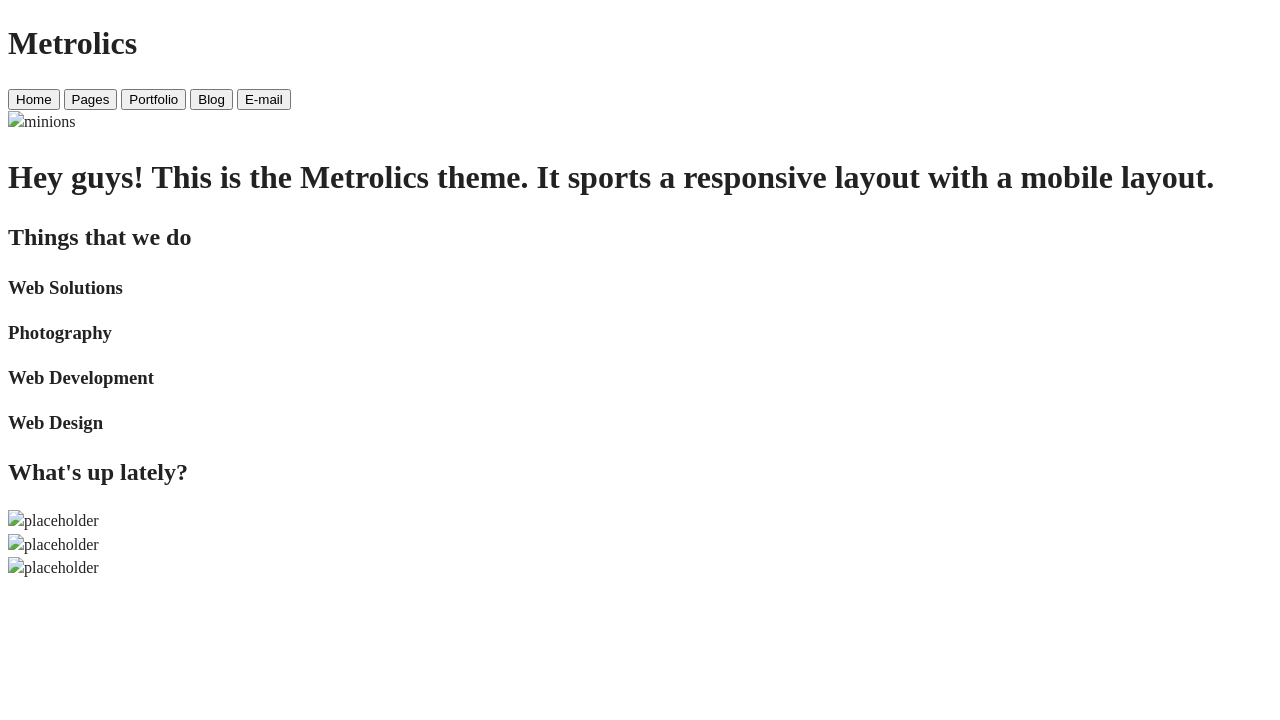
Repository: alemunden/HTML-Structure-and-Git
Page: index.html
The author's editor kept a copy of each file at every save. The page is drawn from the files as they stood at one save, then again after the next save.
The browser window is 1280 px wide. The pictures show the whole page.

Above is the page before, as saved 2024-01-24 19:40:55.

### index.html
<!doctype html>
<html class="no-js" lang="">

<head>
  <meta charset="utf-8">
  <meta name="viewport" content="width=device-width, initial-scale=1">
  <title></title>
  <link rel="stylesheet" href="css/style.css">
  <meta name="description" content="">

  <meta property="og:title" content="">
  <meta property="og:type" content="">
  <meta property="og:url" content="">
  <meta property="og:image" content="">

  <link rel="icon" href="/favicon.ico" sizes="any">
  <link rel="icon" href="/icon.svg" type="image/svg+xml">
  <link rel="apple-touch-icon" href="icon.png">

  <link rel="manifest" href="site.webmanifest">
  <meta name="theme-color" content="#fafafa">
</head>

<body>
  <header class="page-header page-header-home">
    <div class="inner-container">
      <div class="content-container">
        <h1>Metrolics</h1>
      </div>
      <div class="content-container">
        <button class="navigation-button">Home</button>
        <button class="navigation-button">Pages</button>
        <button class="navigation-button">Portfolio</button>
        <button class="navigation-button">Blog</button>
        <button class="navigation-button">E-mail</button>
      </div>
    </div>
  </header>

  <div class="section section-image">
    <div class="inner-container">
      <div class="content-container">
        <img alt="minions">
      </div>
    </div>
  </div>

  <div class="section section-title">
    <div class="inner-container">
      <div class="content-container">
        <h1>Hey guys! This is the Metrolics theme. It sports a responsive layout with a mobile layout.</h1>
      </div>
    </div>
  </div>

  <div class="section section-ourthings">
    <div class="inner-container">
      <div class="content-container">
        <h2>Things that we do</h2>
      </div>
      <div class="content-container">
        <h3>Web Solutions</h3>
      </div>
      <div class="content-container">
        <h3>Photography</h3>
      </div>
      <div class="content-container">
        <h3>Web Development</h3>
      </div>
      <div class="content-container">
        <h3>Web Design</h3>
      </div>
    </div>
  </div>

  <div>
    <div>
      <div class="content-container">
        <h2>What's up lately?</h2>
      </div>
      <div class="content-container">
        <img alt="placeholder">
      </div>
      <div class="content-container">
        <img alt="placeholder">
      </div>
      <div class="content-container">
        <img alt="placeholder">
      </div>
    </div>
  </div>

  <script src="js/app.js"></script>
</body>

</html>

### css/style.css
/*! HTML5 Boilerplate v9.0.0-RC1 | MIT License | https://html5boilerplate.com/ */

/* main.css 3.0.0 | MIT License | https://github.com/h5bp/main.css#readme */
/*
 * What follows is the result of much research on cross-browser styling.
 * Credit left inline and big thanks to Nicolas Gallagher, Jonathan Neal,
 * Kroc Camen, and the H5BP dev community and team.
 */

/* ==========================================================================
   Base styles: opinionated defaults
   ========================================================================== */

html {
  color: #222;
  font-size: 1em;
  line-height: 1.4;
}

/*
 * Remove text-shadow in selection highlight:
 * https://twitter.com/miketaylr/status/12228805301
 *
 * Customize the background color to match your design.
 */

::-moz-selection {
  background: #b3d4fc;
  text-shadow: none;
}

::selection {
  background: #b3d4fc;
  text-shadow: none;
}

/*
 * A better looking default horizontal rule
 */

hr {
  display: block;
  height: 1px;
  border: 0;
  border-top: 1px solid #ccc;
  margin: 1em 0;
  padding: 0;
}

/*
 * Remove the gap between audio, canvas, iframes,
 * images, videos and the bottom of their containers:
 * https://github.com/h5bp/html5-boilerplate/issues/440
 */

audio,
canvas,
iframe,
img,
svg,
video {
  vertical-align: middle;
}

/*
 * Remove default fieldset styles.
 */

fieldset {
  border: 0;
  margin: 0;
  padding: 0;
}

/*
 * Allow only vertical resizing of textareas.
 */

textarea {
  resize: vertical;
}

/* ==========================================================================
   Author's custom styles
   ========================================================================== */

/* ==========================================================================
   Helper classes
   ========================================================================== */

/*
 * Hide visually and from screen readers
 */

.hidden,
[hidden] {
  display: none !important;
}

/*
 * Hide only visually, but have it available for screen readers:
 * https://snook.ca/archives/html_and_css/hiding-content-for-accessibility
 *
 * 1. For long content, line feeds are not interpreted as spaces and small width
 *    causes content to wrap 1 word per line:
 *    https://medium.com/@jessebeach/beware-smushed-off-screen-accessible-text-5952a4c2cbfe
 */

.visually-hidden {
  border: 0;
  clip: rect(0, 0, 0, 0);
  height: 1px;
  margin: -1px;
  overflow: hidden;
  padding: 0;
  position: absolute;
  white-space: nowrap;
  width: 1px;
  /* 1 */
}

/*
 * Extends the .visually-hidden class to allow the element
 * to be focusable when navigated to via the keyboard:
 * https://www.drupal.org/node/897638
 */

.visually-hidden.focusable:active,
.visually-hidden.focusable:focus {
  clip: auto;
  height: auto;
  margin: 0;
  overflow: visible;
  position: static;
  white-space: inherit;
  width: auto;
}

/*
 * Hide visually and from screen readers, but maintain layout
 */

.invisible {
  visibility: hidden;
}

/*
 * Clearfix: contain floats
 *
 * The use of `table` rather than `block` is only necessary if using
 * `::before` to contain the top-margins of child elements.
 */

.clearfix::before,
.clearfix::after {
  content: "";
  display: table;
}

.clearfix::after {
  clear: both;
}

/* ==========================================================================
   EXAMPLE Media Queries for Responsive Design.
   These examples override the primary ('mobile first') styles.
   Modify as content requires.
   ========================================================================== */

@media only screen and (min-width: 35em) {
  /* Style adjustments for viewports that meet the condition */
}

@media print,
  (-webkit-min-device-pixel-ratio: 1.25),
  (min-resolution: 1.25dppx),
  (min-resolution: 120dpi) {
  /* Style adjustments for high resolution devices */
}

/* ==========================================================================
   Print styles.
   Inlined to avoid the additional HTTP request:
   https://www.phpied.com/delay-loading-your-print-css/
   ========================================================================== */

@media print {
  *,
  *::before,
  *::after {
    background: #fff !important;
    color: #000 !important;
    /* Black prints faster */
    box-shadow: none !important;
    text-shadow: none !important;
  }

  a,
  a:visited {
    text-decoration: underline;
  }

  a[href]::after {
    content: " (" attr(href) ")";
  }

  abbr[title]::after {
    content: " (" attr(title) ")";
  }

  /*
   * Don't show links that are fragment identifiers,
   * or use the `javascript:` pseudo protocol
   */
  a[href^="#"]::after,
  a[href^="javascript:"]::after {
    content: "";
  }

  pre {
    white-space: pre-wrap !important;
  }

  pre,
  blockquote {
    border: 1px solid #999;
    page-break-inside: avoid;
  }

  tr,
  img {
    page-break-inside: avoid;
  }

  p,
  h2,
  h3 {
    orphans: 3;
    widows: 3;
  }

  h2,
  h3 {
    page-break-after: avoid;
  }
}

Loaded but not shown: js/app.js (no stored copy; drawn as an empty file)

After the next save:
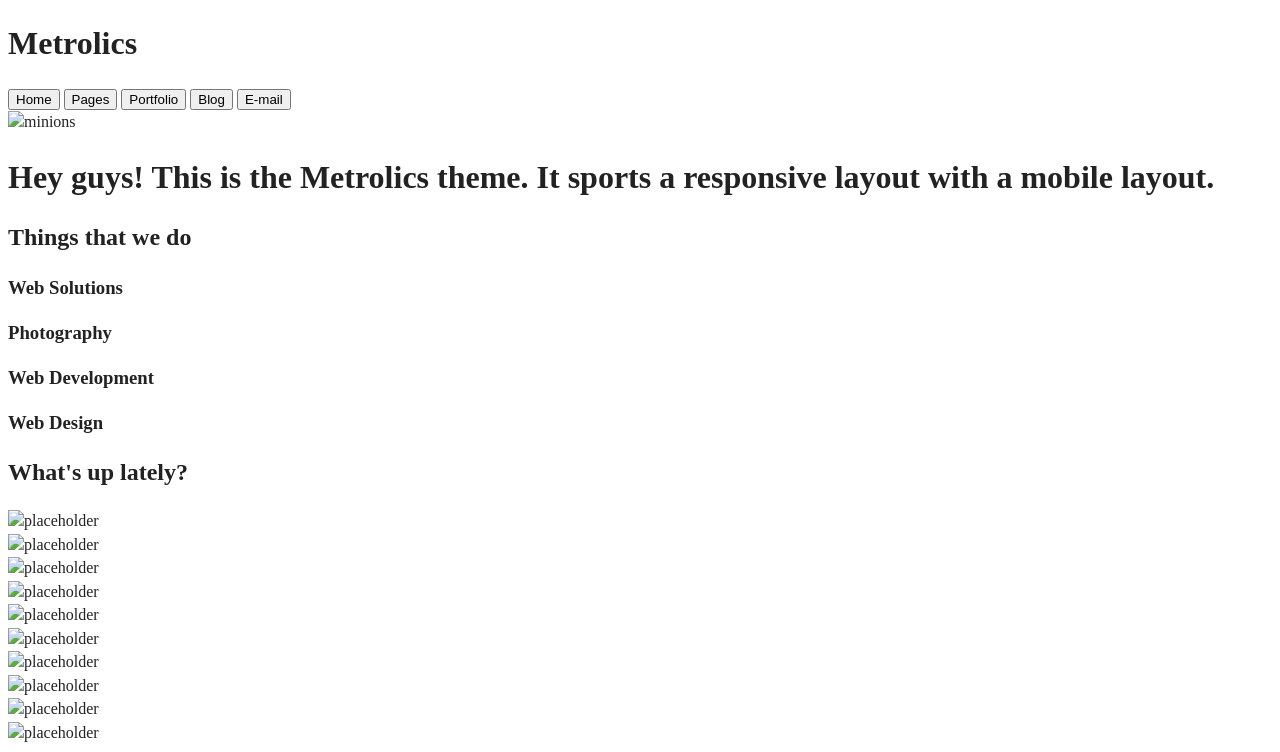
Saved 4 min 29 s later.
--- a/index.html
+++ b/index.html
@@ -73,10 +73,36 @@
     </div>
   </div>
 
-  <div>
+  <div class="section section-news">
     <div>
       <div class="content-container">
         <h2>What's up lately?</h2>
+      </div>
+      <div class="content-container">
+        <img alt="placeholder">
+      </div>
+      <div class="content-container">
+        <img alt="placeholder">
+      </div>
+      <div class="content-container">
+        <img alt="placeholder">
+      </div>
+    </div>
+  </div>
+
+  <div class="section section-projects">
+    <div class="inner-container">
+      <div class="content-container">
+        <img alt="placeholder">
+      </div>
+      <div class="content-container">
+        <img alt="placeholder">
+      </div>
+      <div class="content-container">
+        <img alt="placeholder">
+      </div>
+      <div class="content-container">
+        <img alt="placeholder">
       </div>
       <div class="content-container">
         <img alt="placeholder">
